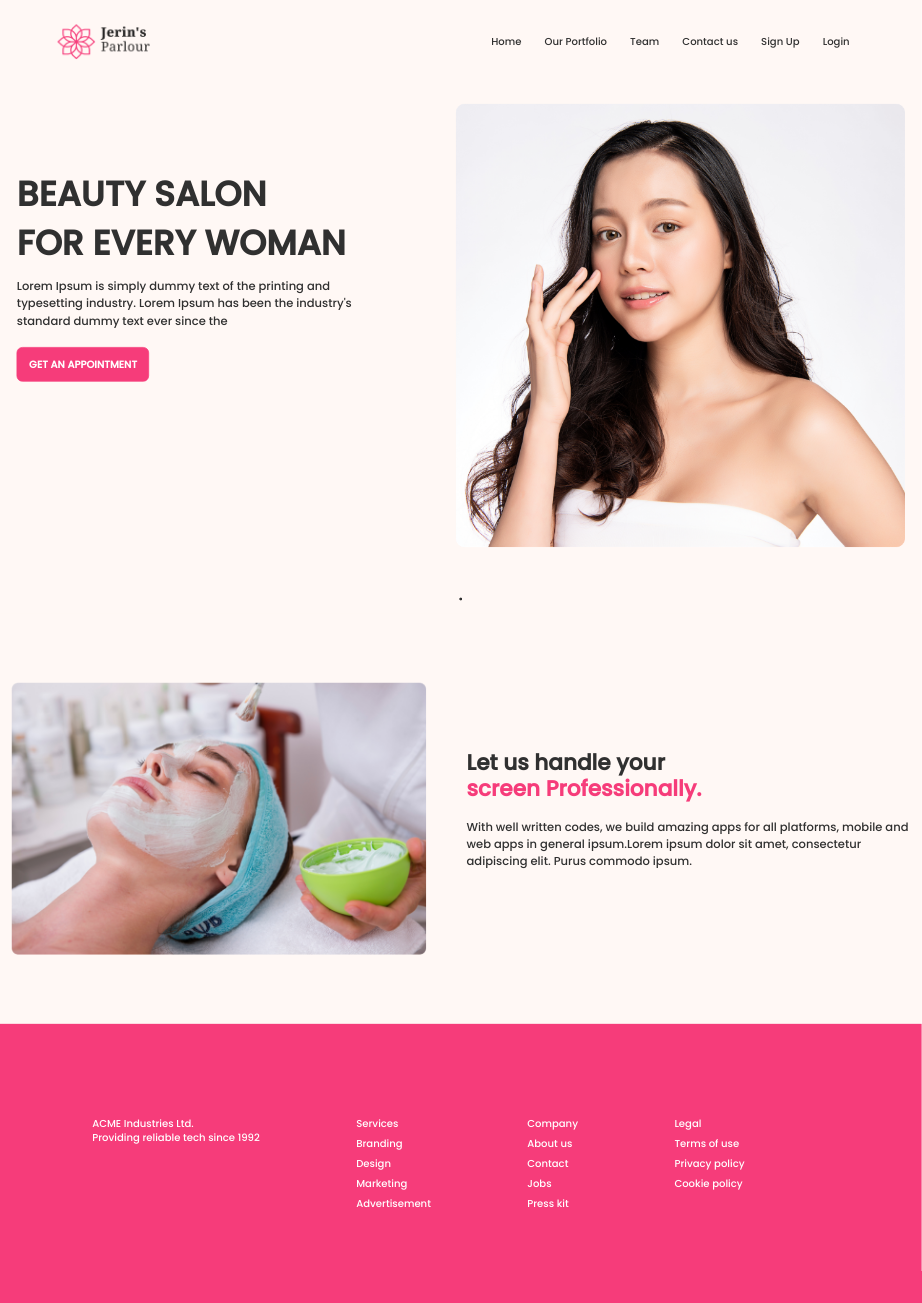
Repository: Wahid137/jerins-parlour-client
Page: /
These files come from the project's save history. The page is drawn as it stood at one moment and after the next save; the edit follows.
The browser window is 1280 px wide. The pictures show the whole page, at 72% of full size.
The page's requests for data from a server got no answer. The project was rebuilt for these pictures with package versions that can differ from the ones it lists, and the page was loaded fresh each time. No one was signed in, and anything a server would have sent is missing. Also part of the build but not shown: src/App.css, src/Pages/Home/Services/ServicesCard.js.

Above is the page before, as saved 2023-07-16 04:24:09.

After the next save:
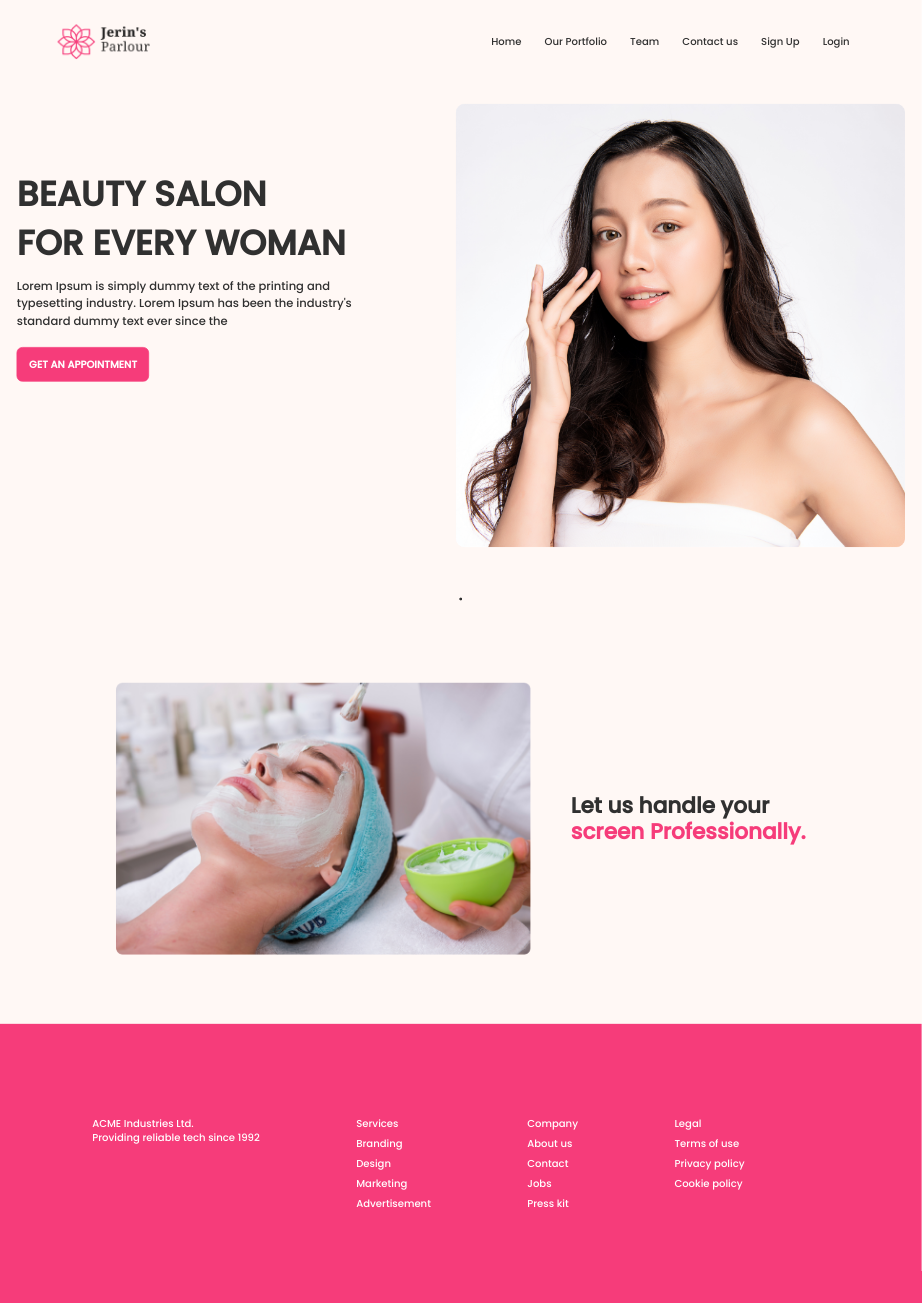
Saved 36 s later.
--- a/src/Pages/Home/Screen/Screen.js
+++ b/src/Pages/Home/Screen/Screen.js
@@ -8,7 +8,7 @@ const Screen = () => {
                 <img src={face} className="max-w-xl rounded-lg" alt="" />
                 <div className='lg:w-1/2 ms-10'>
                     <h1 className="text-3xl font-semibold">Let us handle your <br /><span className='text-primary'>screen Professionally.</span></h1>
-                    <p className="py-6">With well written codes, we build amazing apps for all platforms, mobile and web apps in general ipsum.Lorem ipsum dolor sit amet, consectetur adipiscing elit. Purus commodo ipsum.</p>
+
                </div>
           </div>
     </div>
